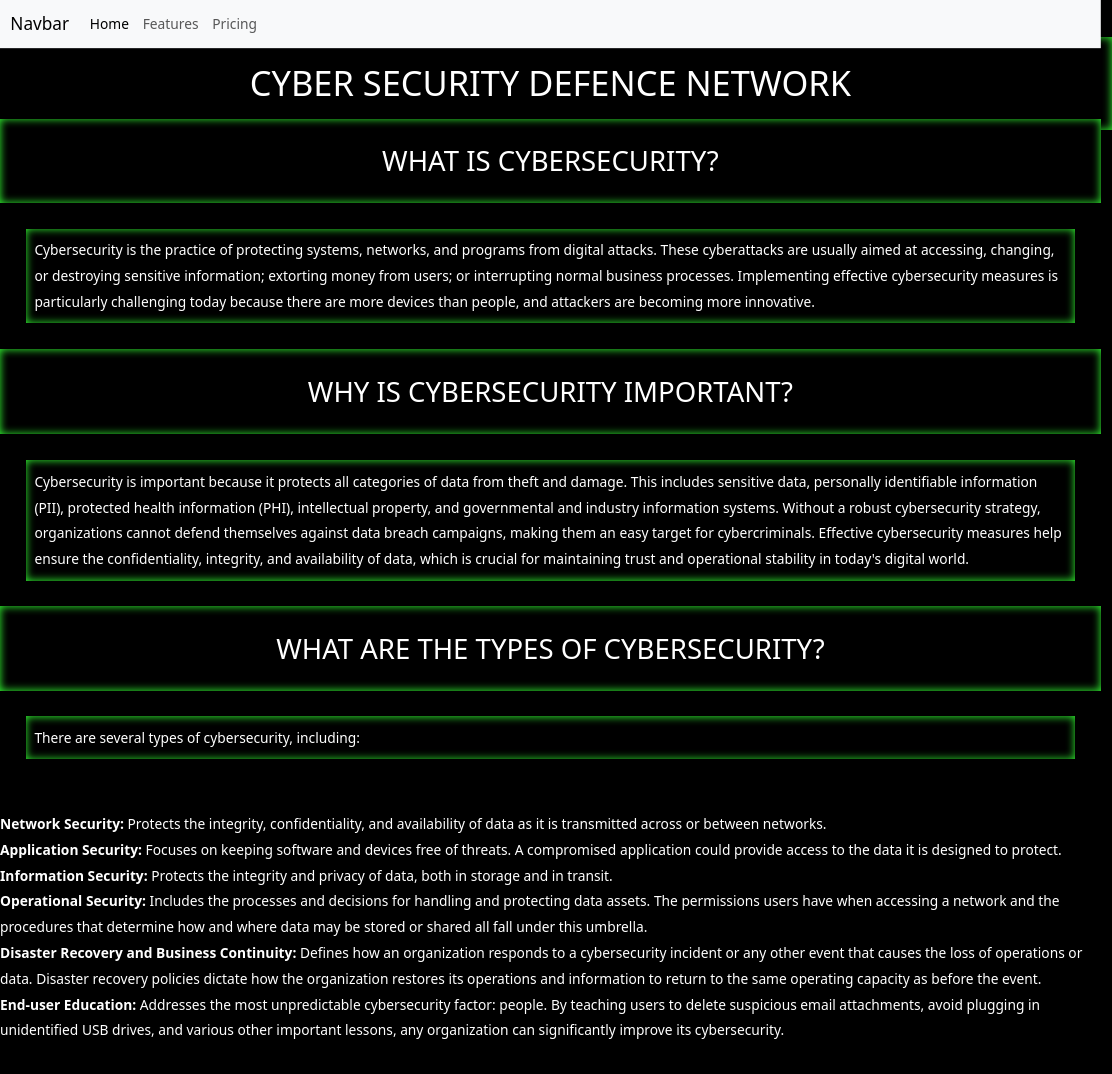
Repository: newworldhost/nwh
Page: index.html
An editor plug-in stored every save of this project. The page is shown before and after the next save, followed by the edit.
The browser window is 1280 px wide. The page is 1293 px wide, so the pictures cover 1293 px, including what lies to the right of the window. The pictures show the whole page, at 86% of full size.

Above is the page before, as saved 2025-03-04 16:05:03.

### index.html
<!DOCTYPE html>
<html lang="en">
<head>
    <meta charset="UTF-8">
    <meta name="viewport" content="width=device-width, initial-scale=1.0">
    <meta name="author" content="cyber security defence network">
    <meta name="description" content="cyber security defence network">
    <meta name="keywords" content="cyber security defence network">
    <link href="https://cdn.jsdelivr.net/npm/bootstrap@5.3.3/dist/css/bootstrap.min.css" rel="stylesheet" integrity="sha384-QWTKZyjpPEjISv5WaRU9OFeRpok6YctnYmDr5pNlyT2bRjXh0JMhjY6hW+ALEwIH" crossorigin="anonymous">

    <link rel="stylesheet" href="style.css">
    <title>cyber security defence network</title>
</head>
<body>
    <header>
        <nav class="navbar navbar-expand-lg bg-body-tertiary data-bs-theme="dark" ">            <div class="container-fluid">
              <a class="navbar-brand" href="#">Navbar</a>
              <button class="navbar-toggler" type="button" data-bs-toggle="collapse" data-bs-target="#navbarNavAltMarkup" aria-controls="navbarNavAltMarkup" aria-expanded="false" aria-label="Toggle navigation">
                <span class="navbar-toggler-icon"></span>
              </button>
              <div class="collapse navbar-collapse" id="navbarNavAltMarkup">
                <div class="navbar-nav">
                  <a class="nav-link active" aria-current="page" href="#">Home</a>
                  <a class="nav-link" href="#">Features</a>
                  <a class="nav-link" href="#">Pricing</a>

                </div>
              </div>
            </div>
          </nav>
    <h1>cyber security defence network</h1>

    <h2>What is cybersecurity?</h2>
    <p>Cybersecurity is the practice of protecting systems, networks, and programs from digital attacks. These cyberattacks are usually aimed at accessing, changing, or destroying sensitive information; extorting money from users; or interrupting normal business processes. Implementing effective cybersecurity measures is particularly challenging today because there are more devices than people, and attackers are becoming more innovative.</p>
    <h2>Why is cybersecurity important?</h2>
    <p>Cybersecurity is important because it protects all categories of data from theft and damage. This includes sensitive data, personally identifiable information (PII), protected health information (PHI), intellectual property, and governmental and industry information systems. Without a robust cybersecurity strategy, organizations cannot defend themselves against data breach campaigns, making them an easy target for cybercriminals. Effective cybersecurity measures help ensure the confidentiality, integrity, and availability of data, which is crucial for maintaining trust and operational stability in today's digital world.</p>
    <h2>What are the types of cybersecurity?</h2>
    <p>There are several types of cybersecurity, including:</p>
    <ul>
        <li><strong>Network Security:</strong> Protects the integrity, confidentiality, and availability of data as it is transmitted across or between networks.</li>
        <li><strong>Application Security:</strong> Focuses on keeping software and devices free of threats. A compromised application could provide access to the data it is designed to protect.</li>
        <li><strong>Information Security:</strong> Protects the integrity and privacy of data, both in storage and in transit.</li>
        <li><strong>Operational Security:</strong> Includes the processes and decisions for handling and protecting data assets. The permissions users have when accessing a network and the procedures that determine how and where data may be stored or shared all fall under this umbrella.</li>
        <li><strong>Disaster Recovery and Business Continuity:</strong> Defines how an organization responds to a cybersecurity incident or any other event that causes the loss of operations or data. Disaster recovery policies dictate how the organization restores its operations and information to return to the same operating capacity as before the event.</li>
        <li><strong>End-user Education:</strong> Addresses the most unpredictable cybersecurity factor: people. By teaching users to delete suspicious email attachments, avoid plugging in unidentified USB drives, and various other important lessons, any organization can significantly improve its cybersecurity.</li>
    </ul>
    <script src="https://cdn.jsdelivr.net/npm/bootstrap@5.3.3/dist/js/bootstrap.bundle.min.js" integrity="sha384-YvpcrYf0tY3lHB60NNkmXc5s9fDVZLESaAA55NDzOxhy9GkcIdslK1eN7N6jIeHz" crossorigin="anonymous"></script>
</body>
</html>

### style.css
h1 {
    text-align: center;
    background-color: black;
    color: white;
    padding: 30px;
    text-transform: uppercase;
    box-shadow: inset 0 0 10px #33ff33;
    margin: -13px;
}
h2 {
    text-align: center;
    background-color: black;
    color: white;
    padding: 30px;
    text-transform: uppercase;
    box-shadow: inset 0 0 10px #33ff33;
}
p {
    background-color: black;
    color: white;
    padding: 10px;
    box-shadow: inset 0 0 10px #33ff33;
    line-height: 30px;
    list-style-type: none;
    margin: 30px
}
body {
    background-color: black;
}
/* navigation */
ul {
    background-color: black;
    color: white;
    padding: 10px;
    line-height: 30px;
    list-style-type: none;
    display: inline;
}

After the next save:
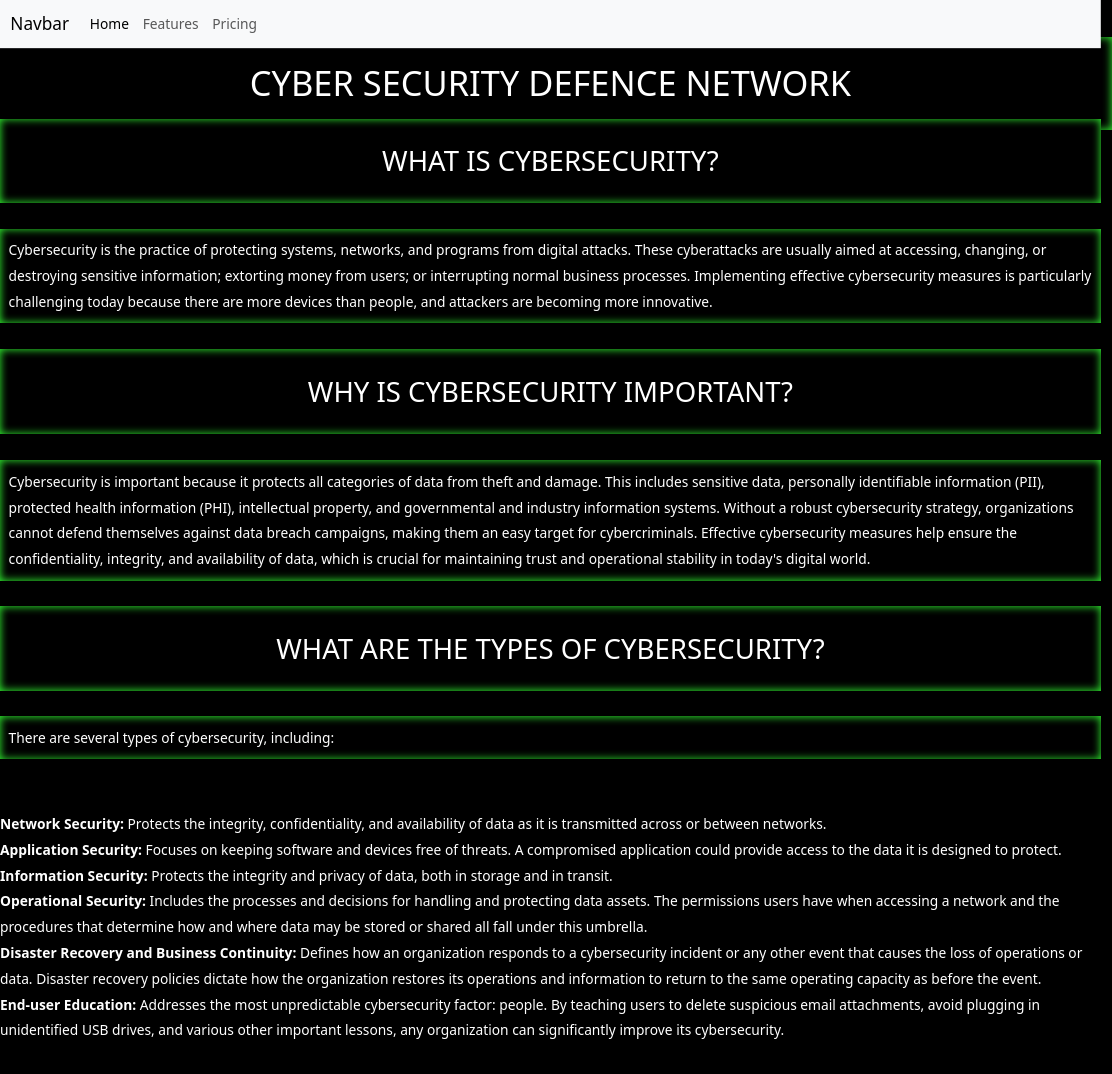
Saved 5 s later.
--- a/style.css
+++ b/style.css
@@ -22,7 +22,7 @@ p {
     box-shadow: inset 0 0 10px #33ff33;
     line-height: 30px;
     list-style-type: none;
-    margin: 30px
+    margin: 30px 0px
 }
 body {
     background-color: black;
